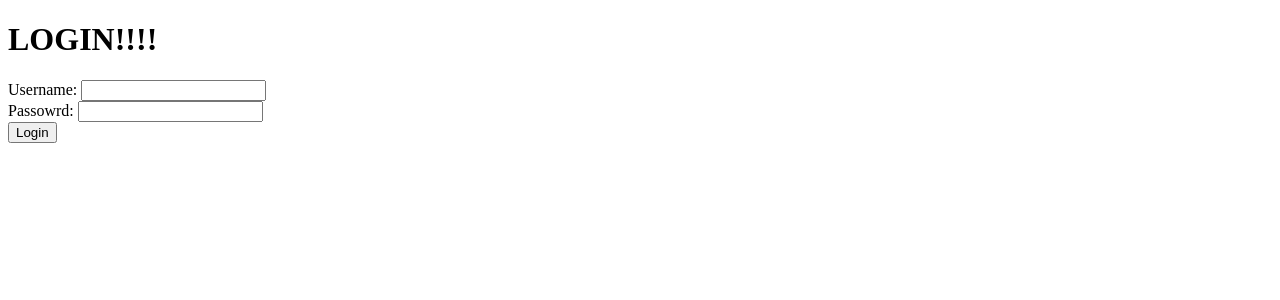
Repository: claudesedillo/WEBAPDE-MP2
Page: MP2 Workplace/WEBAPDE-MP2Q/WebContent/login.html
An editor plug-in stored every save of this project. The page is shown before and after the next save, followed by the edit.
The browser window is 1280 px wide. The pictures show the whole page.

Above is the page before, as saved 2017-07-22 07:57:16.

After the next save:
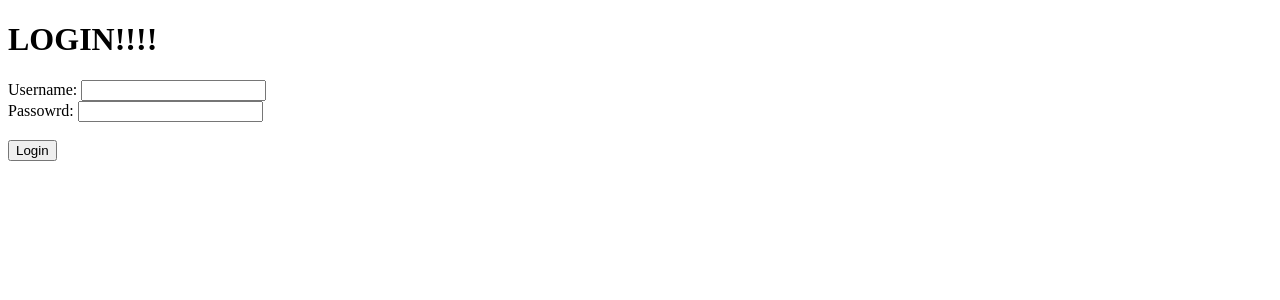
Saved 11 s later.
--- a/MP2 Workplace/WEBAPDE-MP2Q/WebContent/login.html
+++ b/MP2 Workplace/WEBAPDE-MP2Q/WebContent/login.html
@@ -9,7 +9,7 @@
 	<!-- Login (testing), replace this with the real login.html -->
 	<form action="login" method="POST">
 		Username: <input type="text" name="username"></br>
-		Passowrd: <input type="password" name="password"></br>
+		Passowrd: <input type="password" name="password"></br> </br>
 
 		<input type="submit" value="Login">
 	</form>
